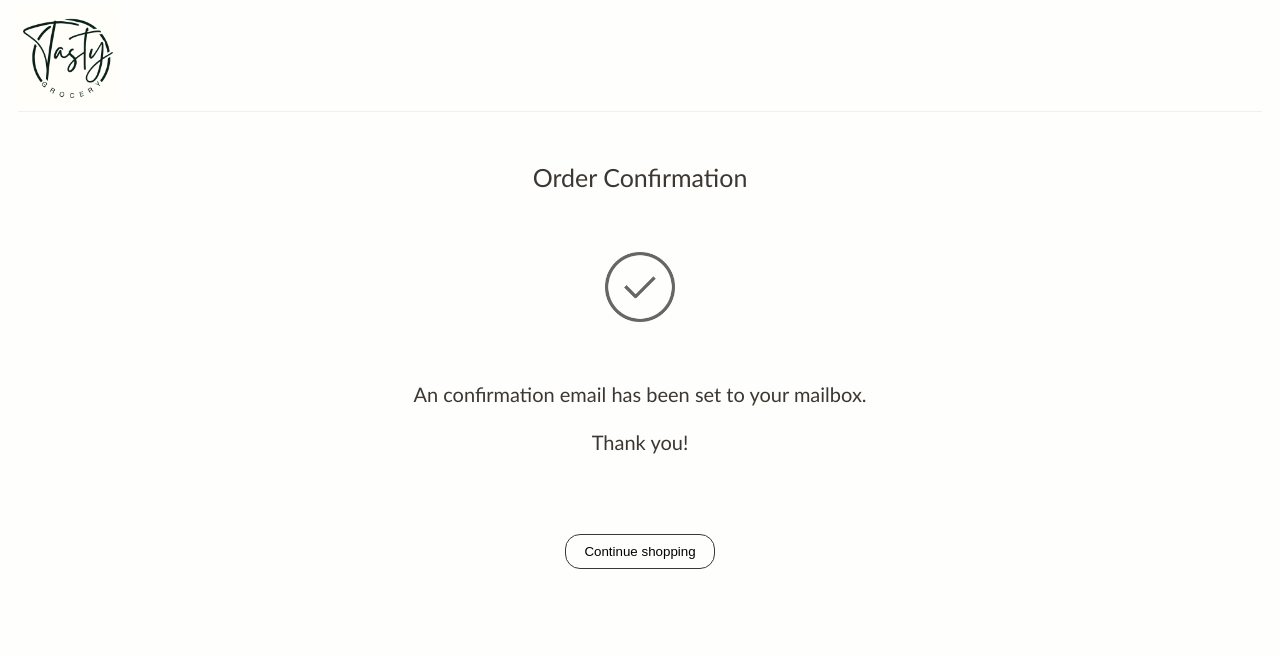
Repository: hxycindyhxy/TastyGrocery
Page: confirmation.html
The author's editor kept a record of every edit. The page is drawn from the files as they stood at one moment, then again after the next edit.
The browser window is 1280 px wide. The pictures show the whole page.

Above is the page before.
Console error: TypeError: Cannot read properties of null (reading 'addEventListener')

### confirmation.html
<!DOCTYPE html>
<html lang="en">
<head>
  <meta charset="UTF-8">
  <meta name="viewport" content="width=device-width, initial-scale=1.0">
  <title>Tasty Grocery</title>
  <link rel="stylesheet" href="style.css">
</head>
<body>
  <header>
    <a href="index.php" id="logo-button">
      <img src="img/Tasty.png" alt="Logo">
    </a>
  </header>
  <div class="border-title">
    <div class="delivery-title">
      Order Confirmation
    </div>
  </div>
  <div class="confirmation-img-container">
    <img src="img/comfirm.png" alt="tick icon">
  </div>
  <div class="confirm-msg">
    An confirmation email has been set to your mailbox. </br></br>
    Thank you!
  </div>
  <div class="continue-shopping">
    <a href="homepage.html">
      <button id="continue-shopping-btn">
        Continue shopping
      </button>
    </a>
  </div>

  <script src="main.js"></script>
</body>
</html>

### style.css

/* body */
body {
  background-color: #fefefc;
  padding-left: 10px;
  padding-right: 10px;s
  display: flex;
  justify-content: center;
  flex-direction: column;
  font-family:'Trebuchet MS', 'Lucida Sans Unicode', 'Lucida Grande', 'Lucida Sans', Arial, sans-serif;
  color: rgb(60, 55, 48);
}

/* header */
header {
  display: flex;
  flex-direction: row;
  align-items: center;
  justify-content: space-between;
}

/* logo button */
#logo-button {
  border:none;
  padding: none;
  background: none;
  cursor: pointer;
}

#logo-button img {
  height: 10vh;
  min-height: 100px;
}

/* shopping cart */
#cart-btn {
  border:none;
  padding: none;
  background: none;
  cursor: pointer;
}

#cart-btn img{
  height: 3vh;
  min-height: 30px;
}

/* search box */
#search-box {
  background-color: rgb(242, 239, 236);
  width: 40vw;
  height: 35px;
  border-radius: 15px;
}

#search-box form {
  width: 40vw;
  display: flex;
  flex-direction: row;
  align-items: center;
  justify-content: space-around;
}

#search-box input {
  all: unset;
  border:none;
  background-color: rgb(242, 239, 236);
  height: 25px;
  width: 30vw;
  padding-top: 4px;
  padding-left: 5px;
  border-radius: 15px;
}

#search-box button {
  border:none;
  padding: none;
  background: none;
  cursor: pointer;
}

#search-box button img {
  padding-top: 6px;
  height: 20px;
}

/* navigation bar */
#nav-bar {
  border-width: 1px 0 0 0;
  border-color: rgb(242, 239, 236);
  border-style: solid;
  justify-content:center;
  display: flex;
  flex-direction: row;
}

.catogory {
  margin: 10px 40px 10px 40px;
  font-size: 16px;
}

.catogory a {
  all: unset;
  border:none;
  padding: none;
  background: none;
  cursor: pointer;
}

.catogory a:hover {
  color: rgb(81, 135, 81);
  text-decoration: underline;
}

.sub-cat {
  color: rgb(81, 135, 81);
  position: absolute;
  display: none;
  flex-direction: column;

  padding-top: 16px;
  width: 150px;
}

.sub-cat a {
  padding-right: 20px;
  padding-bottom: 10px;
}

.catogory:hover .sub-cat {
  display: flex;
}

/* display item */
#grid-container {
  display: grid;
  grid-template-columns: 1fr 1fr 1fr 1fr; /* 4 equal columns */
  gap: 10px; /* Space between grid items */
  padding: 10px;
  margin: 80px 100px 0 100px;

  max-width: 1200px;
  margin-left: auto;
  margin-right: auto;
}

.grid-item {
  text-align: center;
  margin: 0 1vw 60px 1vw;
}

.image-container {
  background:rgb(242, 239, 236);
  padding: 8%;
  align-items: center;
  justify-content: center;
}

.image-container:hover {
  background-color: rgb(230, 208, 187);
}

.grid-item img {
  max-width: 80%;
  object-fit: contain;
}

.item-details {
  display: flex;
  flex-direction: column;
  justify-content: left;
  text-align:left;
  margin: 10px 0 0 0;
}

.item-name {
  font-size: 18px;
  margin-bottom: 15px;
}

.item-price {
  font-size: 15px;
  margin-bottom: 2px;
  color: rgb(113, 107, 100);
}

.item-unit {
  font-size: 15px;
  margin-bottom: 2px;
  color: rgb(113, 107, 100);
}

.item-stock-status {
  font-size: 15px;
  color: rgb(113, 107, 100);
}

.add-button {
  margin-top: 18px;
  width: 100%;
  height: 30px;

  border:none;
  border-style: solid;
  border-radius: 15px;
  border-width: 1px;
  border-color: rgb(60, 55, 48);
  padding: none;
  background: none;
}

.add-button:hover {
  cursor: pointer;
  border:none;
  color:#fefefc;
  background-color: rgb(60, 55, 48);
}

.add-button:active {
  background-color: rgb(81, 135, 81);
}

.add-button-disabled {
  margin-top: 18px;
  width: 100%;
  height: 30px;

  border:none;
  border-style: solid;
  border-radius: 15px;
  border-width: 1px;
  border-color: rgb(211, 211, 211);
  padding: none;
  background: none;
}

.add-button:disabled {
  color: #666;
  pointer-events: none;
  opacity: 0.5;
}

/* shopping cart */
#cart-page {
  width: 100vw;
  height: 100vh;
  display: none;
  flex-direction: row;

  position: fixed;
  top: 50%;
  left: 50%;
  transform: translate(-50%, -50%);
}

.cart-page-left {
  flex:2;
  background-color: black;
  opacity: 0.4;
}

.cart-page-right {
  flex:1;
  min-width: 450px;
  background-color: #fefefc;
  display: flex;
  flex-direction: column;
}

.cart-top {
  display: flex;
  flex-direction: row;
  justify-content: space-between;
  margin: 40px 30px 0px 30px;
  flex: 1;
  align-items: center;
}

.cart-title {
  font-size: 20px;
}

#cart-close-btn {
  all: unset;
  cursor: pointer;
}

#cart-close-btn:hover {
  color: rgb(81, 135, 81);
  cursor: pointer;
}

.cart-bottom {
  flex: 1;
  margin: 30px;
  display: flex;
  justify-content: center;
}

#check-out-btn {
  width: 30vw;
  height: 40px;

  border:none;
  border-style: solid;
  border-radius: 15px;
  border-width: 1px;
  border-color: rgb(90, 82, 72);
  padding: none;
  color:#fefefc;
  background-color: rgb(90, 82, 72);
}

#check-out-btn:hover {
  cursor: pointer;
  border:none;
  color:#fefefc;
  background-color: rgb(60, 55, 48);
}

#check-out-btn:disabled {
  background-color: #ccc;
  color: #666;
  pointer-events: none;
  opacity: 0.6;
}

.cart-content {
  flex: 10;
  margin: 30px 30px 0 30px;
}

.cart-item {
  display: grid;
  grid-template-columns: 1fr 1fr 1fr 1fr 1fr;
  gap: 3px;
  padding: 5px;

  border-style: solid;
  border-width: 0 0 1px 0;
  border-color: rgb(242, 239, 236);
}

.cart-item-image img{
  width: 100%;
  margin-right: 5px;
}

.cart-item-name {
  text-align: right;
  color: rgb(113, 107, 100);
}

.cart-item-unit-price {
  text-align: right;
  margin-right: 10px;
}

.cart-item-quantity {
  text-align: right;
}

.cart-item-remove {
  text-align: right;
}

.cart-item-remove button {
  all: unset;
}

.cart-item-remove button:hover {
  background-color: rgb(242, 239, 236);
  cursor: pointer;
}

.cart-total-price-container {
  flex: 0.5;
  text-align: right;
  margin: 30px;
  display: flex;
  flex-direction: row;
  justify-content: right;
  font-size: 18px;
}

.cart-item-quantity button {
  all: unset;
  cursor: pointer;
}

.remove-all-container {
  display: flex;
  justify-content: center;
  margin: 30px;
}

.remove-one-btn img {
  width: 20px;
}

#remove-all-btn {
  width: 100px;
  height: 30px;

  border:none;
  border-style: solid;
  border-radius: 15px;
  border-width: 1px;
  border-color: rgb(90, 82, 72);
  padding: none;
  color: rgb(90, 82, 72);
  background: none;
}

#remove-all-btn:hover {
  cursor: pointer;
  border:none;
  color:#fefefc;
  background-color: rgb(90, 82, 72);
}

.cart-item-quantity .minus-btn, .cart-item-quantity .plus-btn {
  border-style: solid;
  border-width: 1px;
  border-color: rgb(90, 82, 72);
}

.minus-btn:disabled, .plus-btn:disabled {
  background-color: #ccc;
  color: #666;
  pointer-events: none;
  opacity: 0.6;
}

.cart-item-quantity .minus-btn:hover {
  cursor: pointer;
  color:#fefefc;
  background-color: rgb(90, 82, 72);
}

.cart-item-quantity .plus-btn:hover {
  cursor: pointer;
  color:#fefefc;
  background-color: rgb(90, 82, 72);
}

/* delivery page*/
.border-title {
  border-width: 1px 0 0 0;
  border-color: rgb(242, 239, 236);
  border-style: solid;

  display: flex;
  flex-direction: row;
  justify-content: center;
}

.delivery-title {
  margin: 50px;
  font-size: 25px;
}

.form-container {
  display: flex;
  justify-content: center;
}

#delivery-info-form {
  width: 500px;
}

#delivery-info-form input {
  all: unset;
  border: solid;
  border-width: 1.5px;
  border-color: rgb(224, 220, 217);
  border-radius: 10px;
  height: 50px;
  padding-left: 10px;
}

#delivery-info-form input:focus {
  border-color: rgb(90, 82, 72);
}

#state-option {
  all: unset;
  border: solid;
  border-width: 1.5px;
  border-color: rgb(224, 220, 217);
  border-radius: 10px;
  height: 50px;
  padding-left: 10px;

  align-items: center;
  color: rgb(114, 113, 112);
}

#state-option:focus {
  border-color: rgb(90, 82, 72);
}

.delivery-subtitle {
  font-size: 20px;
  margin-bottom: 20px;
  font-weight: bold;
}

.name-input-container, .more-address-container {
  display: flex;
  flex-direction: row;
  justify-content: space-between;
  margin-top: 20px;
}

.input-vertical {
  display: flex;
  flex-direction: column;
}

.sub-sub-title {
  margin-bottom: 8px;
}

#first-name-block input {
  width: 230px;
}

#last-name-block input {
  width: 230px;
}

#mobile-number-input-container, #email-input-container {
  margin-top: 20px;
}

#mobile-number-input-container input {
  width: 490px;
}

#email-input-container input {
  width: 490px;
}

#info-address {
  margin-top: 40px;
}

#city-block input {
  width: 280px;
}

#state-option {
  width: 180px;
}

#place-order-btn {
  width: 500px;
  height: 40px;
  margin-top: 40px;

  border:none;
  border-style: solid;
  border-radius: 15px;
  border-width: 1px;
  border-color: rgb(90, 82, 72);
  padding: none;
  color:#fefefc;
  background-color: rgb(90, 82, 72);
}

#place-order-btn:hover {
  cursor: pointer;
  border:none;
  color:#fefefc;
  background-color: rgb(60, 55, 48);
}

/* confirmation page */
.confirmation-img-container {
  display: flex;
  justify-content: center;
}

.confirmation-img-container img {
  margin-top: 10px;
  width: 70px;
  opacity: 0.6;
}

.confirm-msg {
  margin-top: 60px;
  font-size: 20px;
  text-align: center;
}

.continue-shopping {
  display: flex;
  justify-content: center;
}

#continue-shopping-btn {
  margin-top: 80px;
  width: 150px;
  height: 35px;

  border:none;
  border-style: solid;
  border-radius: 15px;
  border-width: 1px;
  border-color: rgb(60, 55, 48);
  padding: none;
  background: none;
}

#continue-shopping-btn:hover {
  cursor: pointer;
  border:none;
  color:#fefefc;
  background-color: rgb(60, 55, 48);
}

### main.js
//What's next?
  // Check out button disabled.


//Make a Cart Instance
function getCart() {
  const cart = localStorage.getItem('cart');
  return cart ? JSON.parse(cart) : [];
}

// Check Loading Stock Status
function checkStatus() {
  const currentCart = getCart()
  const productButtons = document.querySelectorAll('.add-button');
  const productStatuses = document.querySelectorAll('.item-stock-status');
  for (const item of currentCart) {
      const productName = Object.keys(item)[0];
      const itemQuantity = item[Object.keys(item)[0]]
      const productButton = Array.from(productButtons).find(btn =>
        btn.getAttribute('data-name') === productName
      );
      const stockNumber = productButton.getAttribute('data-stockNumber');
      productButton.disabled = itemQuantity >= stockNumber;

      const productStatus = Array.from(productStatuses).find(status =>
        status.getAttribute('data-name') === productName
      );
      if (itemQuantity >= stockNumber) {
        productStatus.textContent = "Out of Stock";
      } else {
        productStatus.textContent = "In Stock";
      }
  };
}

checkStatus()

//Check Out Button
function checkOutStatusCheck() {
  const displayCart = localStorage.getItem('cart');
  if (displayCart.length === 2) {
    checkOutBtn.disabled = true;
  } else {
    checkOutBtn.disabled = false;
  }
}

//Shopping Cart Displayed
const cartPage = document.getElementById('cart-page');
const cartCloseBtn = document.getElementById('cart-close-btn');
const cartBtn = document.getElementById('cart-btn');
const checkOutBtn = document.getElementById('check-out-btn');

cartCloseBtn.addEventListener('click', () => {
  cartPage.style.display = 'none';
  checkStatus()
})

cartBtn.addEventListener('click', () => {
  cartPage.style.display = 'flex';
  checkOutStatusCheck()
  displayItemCart()
})

checkOutBtn.addEventListener('click', ()=> {
  // cartPage.style.display = 'none';
})

//Shopping Cart Functions
function displayItemCart() {
  const displayCart = getCart()

  if (displayCart.length === 0) {
      removeAllBtn.style.display = "none";
      // checkOutBtn.disabled
  } else {
      removeAllBtn.style.display = "block";
  }

  const cartContainer = document.getElementById("cart-item-list");
  cartContainer.innerHTML = '';

  const productButtons = document.querySelectorAll('.add-button');

  for (const item of displayCart) {
    const productName = Object.keys(item)[0];
    const itemQuantity = item[Object.keys(item)[0]]

    const productButton = Array.from(productButtons).find(btn =>
      btn.getAttribute('data-name') === productName
    );

    const image = productButton.getAttribute('data-image');
    const price = productButton.getAttribute('data-price');
    const unit = productButton.getAttribute('data-unit');
    const stockNumber = productButton.getAttribute('data-stockNumber');

    const cartItemHTML = `
        <div class="cart-item">
          <div class="cart-item-image">
            <img src="${image}" alt="${productName}">
          </div>
          <div class="cart-item-name">${productName}</div>
          <div class="cart-item-unit-price">${price}<br>${unit}</div>
          <div class="cart-item-quantity">
            <button class="minus-btn" data-name="${productName}">&nbsp;-&nbsp;</button>
            <span class="quantity-number">${itemQuantity}</span>
            <button class="plus-btn" data-name="${productName}">&nbsp;+&nbsp;</button>
          </div>
          <div class="cart-item-remove">
            <button class="remove-one-btn" data-name="${productName}">
              <img src="img/bin.png" alt="bin">
            </button>
          </div>
        </div>
      `;

    cartContainer.insertAdjacentHTML('beforeend', cartItemHTML);
    const minusBtn = document.querySelector(`.minus-btn[data-name="${productName}"]`);
    minusBtn.disabled = itemQuantity <= 1;

    const plusBtn = document.querySelector(`.plus-btn[data-name="${productName}"]`);
    plusBtn.disabled = itemQuantity >= stockNumber;
    productButton.disabled = itemQuantity >= stockNumber;
  }
  totalPrice()

  //Remove Item
  document.querySelectorAll('.remove-one-btn').forEach(btn => {
    btn.onclick = () => {
      const productName = btn.getAttribute('data-name');
      let cart = getCart().filter(item => Object.keys(item)[0] !== productName);
      localStorage.setItem('cart', JSON.stringify(cart));
      displayItemCart();

      const productStatuses = document.querySelectorAll('.item-stock-status');
      const productStatus = Array.from(productStatuses).find(status =>
        status.getAttribute('data-name') === productName
      );
        productStatus.textContent = "In Stock";

      const productButton = Array.from(productButtons).find(btn =>
        btn.getAttribute('data-name') === productName
      );
      productButton.disabled = false
    };
  });

  // Increase Quantity
  document.querySelectorAll('.plus-btn').forEach(btn => {
    btn.onclick = () => {
      const displayCart = getCart()
      const productName = btn.getAttribute('data-name');
      const existingItem = displayCart.find(item => Object.keys(item)[0] === productName);
      let productQuantity = existingItem[productName] + 1;
      existingItem[productName] = productQuantity;
      localStorage.setItem('cart', JSON.stringify(displayCart));
      displayItemCart();
    };
  });

  //Decrease Quantity
    document.querySelectorAll('.minus-btn').forEach(btn => {
    btn.onclick = () => {
      const displayCart = getCart()
      const productName = btn.getAttribute('data-name');
      const existingItem = displayCart.find(item => Object.keys(item)[0] === productName);
      let productQuantity = existingItem[productName] - 1;
      existingItem[productName] = productQuantity;
      localStorage.setItem('cart', JSON.stringify(displayCart));
      displayItemCart();
    };
  });

}

function totalPrice() {
  const displayCart = getCart()

  let totalPrice = 0

  for (const item of displayCart) {
    const productName = Object.keys(item)[0];
    const itemQuantity = item[Object.keys(item)[0]]

    const productButtons = document.querySelectorAll('.add-button');

    const productButton = Array.from(productButtons).find(btn =>
      btn.getAttribute('data-name') === productName
    );
    const price = productButton.getAttribute('data-price');

    const productConsumption = price * itemQuantity
    totalPrice += productConsumption
  }
  const totalPriceContainer = document.getElementById("cart-total-price")
  totalPriceContainer.innerText = totalPrice
}

//Add Item
const addButtons = document.querySelectorAll('.add-button');
addButtons.forEach(button => {
  button.addEventListener('click', function() {
    const productName = button.getAttribute('data-name');

    let currentCart = getCart()

    const existingItem = currentCart.find(item => Object.keys(item)[0] === productName);

    let productQuantity = 1;

    if (existingItem) {
      productQuantity = existingItem[productName] + 1;
      existingItem[productName] = productQuantity;
    } else {
      currentCart.push({ [productName]: productQuantity });
    }

    localStorage.setItem('cart', JSON.stringify(currentCart));

    displayItemCart();
  });
});


//Remove All Items
const removeAllBtn = document.getElementById('remove-all-btn');

removeAllBtn.addEventListener('click', ()=> {
  localStorage.removeItem('cart');
  displayItemCart()
})

After the next edit:
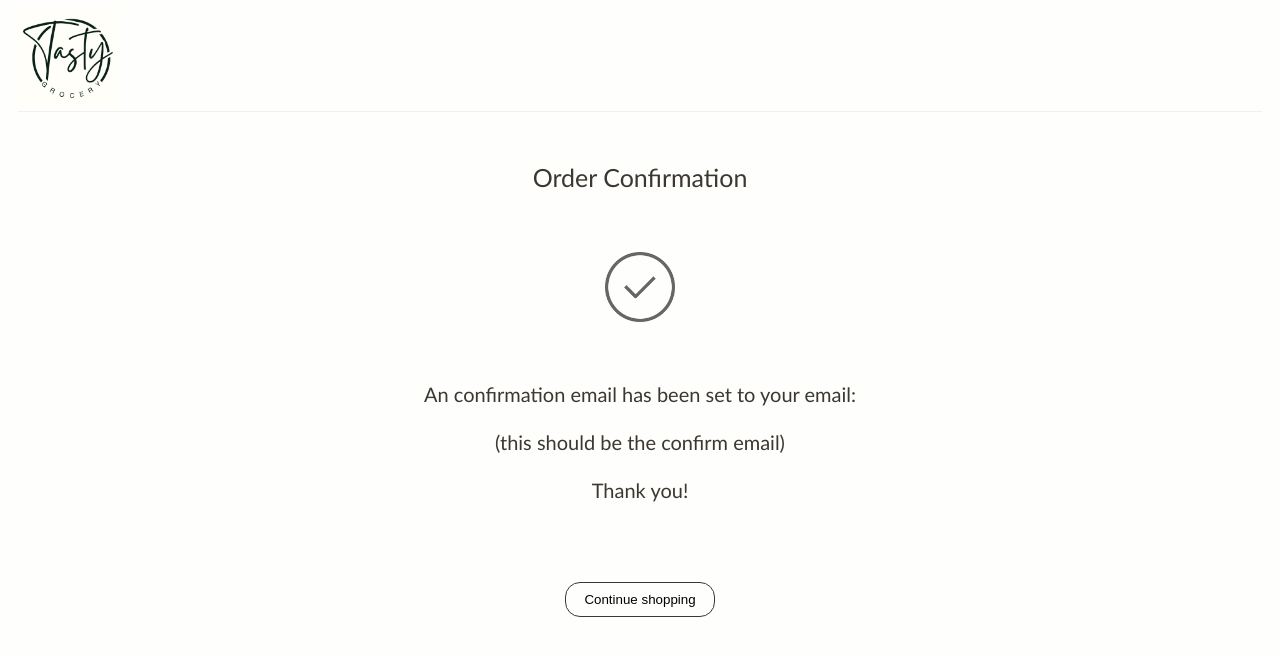
The edit:
--- a/confirmation.html
+++ b/confirmation.html
@@ -21,7 +21,8 @@
     <img src="img/comfirm.png" alt="tick icon">
   </div>
   <div class="confirm-msg">
-    An confirmation email has been set to your mailbox. </br></br>
+    An confirmation email has been set to your email: </br></br>
+    <div id="confirm-email">(this should be the confirm email)</div></br>
     Thank you!
   </div>
   <div class="continue-shopping">
